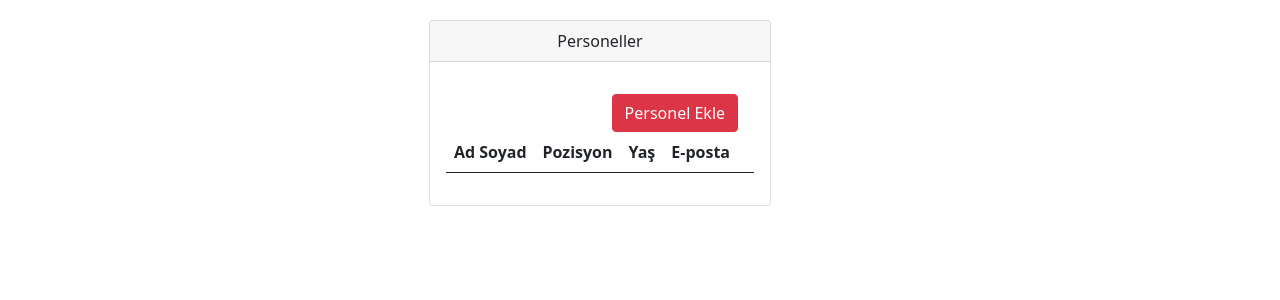
Repository: okankrdg/ReactCoreCRUD
Page: /employee/index (app in ReactCoreCRUD.Web/client/)
An editor plug-in stored every save of this project. The page is shown before and after the next save, followed by the edit.
The browser window is 1280 px wide. The pictures show the whole page.
The page's requests for data from a server got no answer. The project was rebuilt for these pictures with package versions that can differ from the ones it lists, and the page was loaded fresh each time. No one was signed in, and anything a server would have sent is missing. Also part of the build but not shown: ReactCoreCRUD.Web/client/src/pages/Employee/createOrEdit.tsx, ReactCoreCRUD.Web/client/src/pages/Exception/index.tsx.

Above is the page before, as saved 2021-10-10 22:24:39.

### ReactCoreCRUD.Web/client/src/index.tsx
import React from "react";
import ReactDOM from "react-dom";
import "./index.css";
import App from "./App";
import { Router } from "react-router-dom";
import "./dist/bootstrap/bootstrap.min.css";
import history from "./history.js";
ReactDOM.render(
  <React.StrictMode>
    <Router history={history}>
      <App />
    </Router>
  </React.StrictMode>,
  document.getElementById("root")
);

### ReactCoreCRUD.Web/client/src/index.css
body {
  margin: 0;
  font-family: -apple-system, BlinkMacSystemFont, 'Segoe UI', 'Roboto', 'Oxygen',
    'Ubuntu', 'Cantarell', 'Fira Sans', 'Droid Sans', 'Helvetica Neue',
    sans-serif;
  -webkit-font-smoothing: antialiased;
  -moz-osx-font-smoothing: grayscale;
}

code {
  font-family: source-code-pro, Menlo, Monaco, Consolas, 'Courier New',
    monospace;
}
.employeeForm{
      padding: 20px;
      text-align: left;
      border: 2px solid #e5e3e3;
      box-shadow: 3px 3px 3px rgna(1,1,1,1);
      box-shadow: rgb(0 0 0 / 35%) 0px 5px 15px;

}
.App{
  text-align: center;
    display: flex;
    justify-content: center;
    max-width: 1200px;
    margin-top: 20px;
}
.employee-index{
  width: 80%;
  box-shadow: rgb(0 0 0 / 35%) 0px 5px 15px;
}

### ReactCoreCRUD.Web/client/src/App.tsx
import { Switch, Route } from "react-router-dom";
import CreateOrEdit from "./pages/Employee/createOrEdit";
import Index from "./pages/Employee";
import Exception from "./pages/Exception/index";
import "./App.css";

function App() {
  return (
    <div className="App">
      <Switch>
        <Route path="/employee/edit/:id" component={CreateOrEdit} />
        <Route path="/employee/create" component={CreateOrEdit} />
        <Route path="/employee/index" component={Index} />
        <Route path="/exception/type=:type" component={Exception} />
      </Switch>
    </div>
  );
}

export default App;

### ReactCoreCRUD.Web/client/src/pages/Employee/index.tsx
import { useState, useEffect } from "react";
import {
  employeeService,
  EmployeeIndexDTO,
} from "../../services/EmployeeService";
import { Table, Button } from "react-bootstrap";
import { useHistory } from "react-router-dom";

function Index() {
  const [employees, setEmployees] = useState<EmployeeIndexDTO[]>([]);
  const history = useHistory();
  useEffect(() => {
    employeeService
      .getAll()
      .then((response) => {
        setEmployees(response.data);
      })
      .catch((e) => {
        console.log(e);
      });
  }, []);
  const deleteRow = (id: number) => {
    console.log(id);
    employeeService.delete(id).then((response) => {
      console.log(response);
      if (response.status === 200) {
        setEmployees(employees.filter((e) => e.id !== id));
      }
    });
  };
  return (
    <div className="card">
      <div className="card-header">Personeller</div>
      <div className="card-body">
        <div className="">
          <div className="d-flex justify-content-end me-3 mt-3">
            <Button
              variant="danger"
              onClick={() => history.push("/employee/create")}
            >
              Personel Ekle
            </Button>
          </div>
          <Table striped hover responsive>
            <thead>
              <tr>
                <th>Ad Soyad</th>
                <th className="d-none d-sm-table-cell">Pozisyon</th>
                <th className="d-none d-sm-table-cell">Yaş</th>
                <th className="d-none d-md-table-cell">E-posta</th>
                <th></th>
              </tr>
            </thead>
            <tbody>
              {employees.map((pt, index) => {
                return (
                  <tr key={index}>
                    <td>{pt.firstName + pt.lastName}</td>
                    <td className="d-none d-sm-table-cell">
                      {pt.employeeTypeName}
                    </td>
                    <td className="d-none d-sm-table-cell">{pt.age}</td>
                    <td className="d-none d-md-table-cell">{pt.email}</td>
                    <td>
                      <Button
                        variant="primary"
                        className="mx-1"
                        onClick={() => history.push("/employee/edit/" + pt.id)}
                      >
                        Güncelle
                      </Button>
                      <Button variant="danger" onClick={() => deleteRow(pt.id)}>
                        Sil
                      </Button>
                    </td>
                  </tr>
                );
              })}
            </tbody>
          </Table>
        </div>
      </div>
    </div>
  );
}

export default Index;

### ReactCoreCRUD.Web/client/src/services/EmployeeService.ts
import axios from "axios";
import history from "../history";

export interface EmployeeDTO {
  firstName: string;
  lastName: string;
  birthDate: string;
  email: string;
  employeeTypeId: number | undefined;
}
export interface EmployeeIndexDTO {
  id: number;
  firstName: string;
  lastName: string;
  age?: number;
  email: string;
  employeeTypeName: string;
}
export interface EmployeeType {
  id: string;
  name: string;
}
const baseUrl = `/api/`;
const http = axios.create({
  baseURL: baseUrl,
  headers: {
    "Content-type": "application/json",
  },
});

const getAll = () => {
  return http.get<EmployeeIndexDTO[]>("employee");
};
const getById = (id: number) => {
  return http.get<EmployeeDTO>(`employee?id=${id}`);
};
const create = (model: EmployeeDTO) => {
  return http.post<EmployeeDTO>("employee", model);
};
const update = (model: EmployeeDTO, id: number) => {
  return http.put<EmployeeDTO>("employee", { ...model, id });
};
const _delete = (id: number) => {
  return http.delete(`employee?id=${id}`);
};
const getEmployeeTypes = () => {
  return http.get<EmployeeType[]>("employeeTypes");
};
http.interceptors.response.use(
  (response) => {
    return response;
  },
  (error) => {
    if (!error.response || typeof error.response.data !== "object") {
      setTimeout(() => {}, 1000);
      return Promise.reject(error);
    }
    const { status, config, data } = error.response;
    console.log(status, config, data);
    if (config.method === "get") {
      if (status === 401) {
        history.push("/exception/type=401");
      } else if (status === 403) {
        history.push("/exception/type=403");
      } else if (status === 404) {
        history.push("/exception/type=404");
      } else if (status === 500) {
        history.push("/exception/type=500");
      }
    }
  }
);
export const employeeService = {
  getAll,
  getById,
  create,
  update,
  delete: _delete,
  getEmployeeTypes,
};

Loaded but not shown: ReactCoreCRUD.Web/client/public/index.html (common file); ReactCoreCRUD.Web/client/src/dist/bootstrap/bootstrap.min.css (library); ReactCoreCRUD.Web/client/src/history.js (common file); ReactCoreCRUD.Web/client/src/App.css (common file)

After the next save:
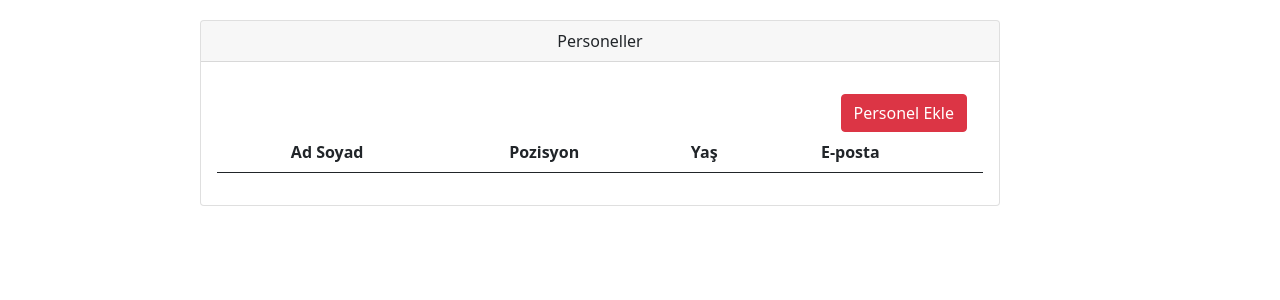
Saved 20 s later.
--- a/ReactCoreCRUD.Web/client/src/pages/Employee/index.tsx
+++ b/ReactCoreCRUD.Web/client/src/pages/Employee/index.tsx
@@ -29,7 +29,7 @@ function Index() {
     });
   };
   return (
-    <div className="card">
+    <div className="card col-md-8">
       <div className="card-header">Personeller</div>
       <div className="card-body">
         <div className="">
